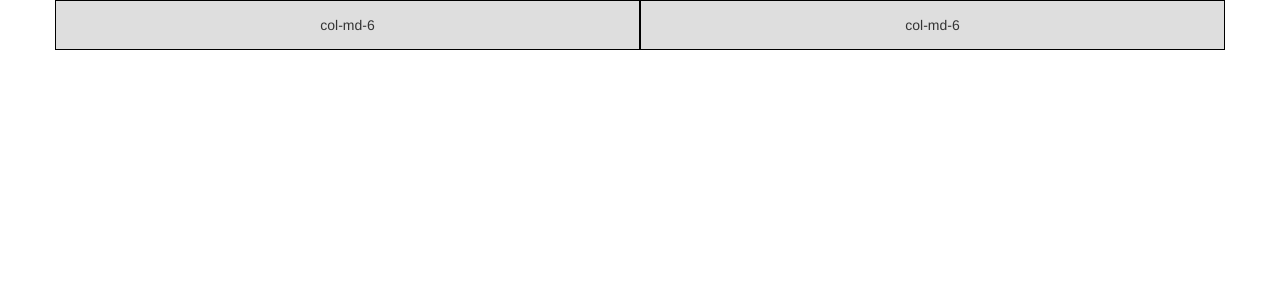
Repository: hogehogerakuma/microposts-ageru
Page: bootstrap_lesson.html
The author's editor kept a record of every edit. The page is drawn from the files as they stood at one moment, then again after the next edit.
The browser window is 1280 px wide. The pictures show the whole page.

Above is the page before.

### bootstrap_lesson.html
<!DOCTYPE html>
<html>
    <head>
        <meta charset="utf-8">
        <meta http-equiv="X-UA-Compatible" content="IE=edge">
        <meta name="viewport" content="width=device-width, initial-scale=1">

        <title>Grid System Test</title>

        <!-- Bootstrap CSS-->
        <link rel="stylesheet" href="https://maxcdn.bootstrapcdn.com/bootstrap/3.3.7/css/bootstrap.min.css">
        <!-- jQuery -->
        <script src="https://ajax.googleapis.com/ajax/libs/jquery/1.12.4/jquery.min.js"></script>
        <!-- Bootstrap JavaScript-->
        <script src="https://maxcdn.bootstrapcdn.com/bootstrap/3.3.7/js/bootstrap.min.js"></script>

        <style>
            .row div {
                border: 1px solid #000;
                padding: 1em;
                text-align: center;
                background-color: #dedede;
            }

        </style>

    </head>
    <body>
        <div class="container">
            <div class="row">
                <div class="col-md-6">col-md-6</div>
                <div class="col-md-6">col-md-6</div>
            </div>
        </div>
    </body>
</html>

After the next edit:
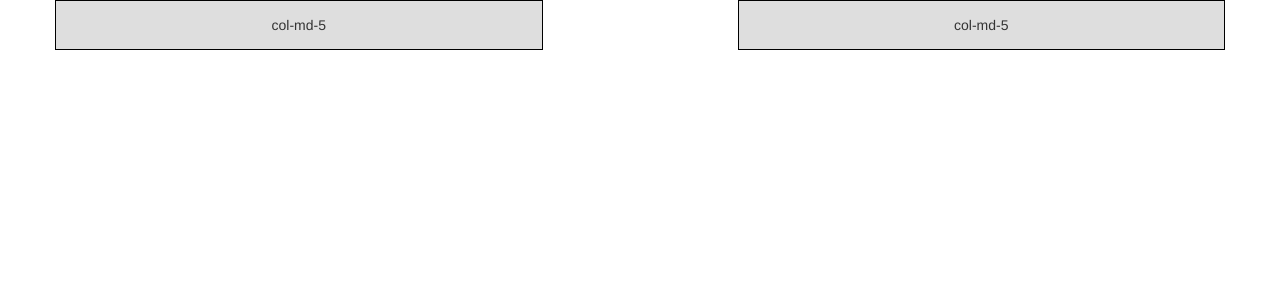
The edit:
--- a/bootstrap_lesson.html
+++ b/bootstrap_lesson.html
@@ -28,8 +28,8 @@
     <body>
         <div class="container">
             <div class="row">
-                <div class="col-md-6">col-md-6</div>
-                <div class="col-md-6">col-md-6</div>
+                <div class="col-sm-5">col-md-5</div>
+                <div class="col-sm-offset-2 col-sm-5">col-md-5</div>
             </div>
         </div>
     </body>
